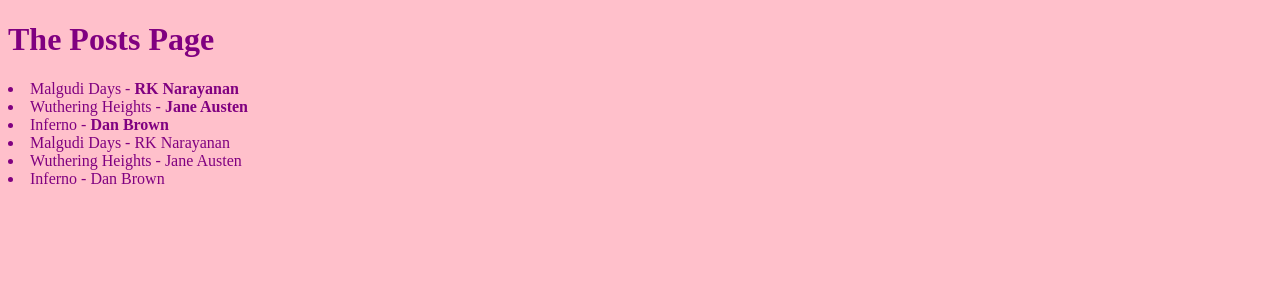
Repository: amulyakamshetty/WebDevelopment
Page: http://localhost/posts
The author's editor kept a record of every edit. The page is drawn from the files as they stood at one moment, then again after the next edit.
The browser window is 1280 px wide. The pictures show the whole page.
The page is served by the project's Node server (MoreExpress/EJSDemo/app.js).

Above is the page before.

### webdev/workspace/MoreExpress/EJSDemo/views/posts.ejs
<!DOCTYPE html>
<html>
    <head>
        <title> Demo App </title>
        <link rel="stylesheet" href="app.css">
    </head>
    <body>
        <h1>The Posts Page</h1>

<% for(i= 0 ; i < posts.length; i++){ %>
<li> <%= posts[i].title %> - <strong><%= posts[i].author %> </strong> </li>
<% } %>


<%  posts.forEach(function(post){ %>

<li><%= post.title %> - <%= post.author %></li>
<% }) %>

    </body>
</html>

### webdev/workspace/MoreExpress/EJSDemo/app.js
var express = require("express");
var app = express();

app.use(express.static("public"));
app.set("view engine", "ejs");

app.get("/", function(req, res){
    res.render("home");
});

app.get("/fallinlovewith/:thing", function(req,res){
    var thing = req.params.thing;
    res.render("love", {thingvar : thing});
});

app.get("/posts", function(req, res){
    var posts = [
        {title:"Malgudi Days", author:"RK Narayanan"},
        {title:"Wuthering Heights", author:"Jane Austen"},
        {title:"Inferno", author:"Dan Brown"}
        ];

    res.render("posts" , {posts : posts});
});


app.listen(process.env.PORT, process.env.IP, function(req,res){
    console.log("Server is listening");
})

### webdev/workspace/MoreExpress/EJSDemo/public/app.css
body{
    background : pink;
    color : purple;


}

### webdev/workspace/MoreExpress/EJSDemo/views/partials/header.ejs
<!DOCTYPE html>
<html>
    <head>
        <title> Demo App </title>
        <link rel="stylesheet" href="/app.css">
    </head>
    <body>

After the next edit:
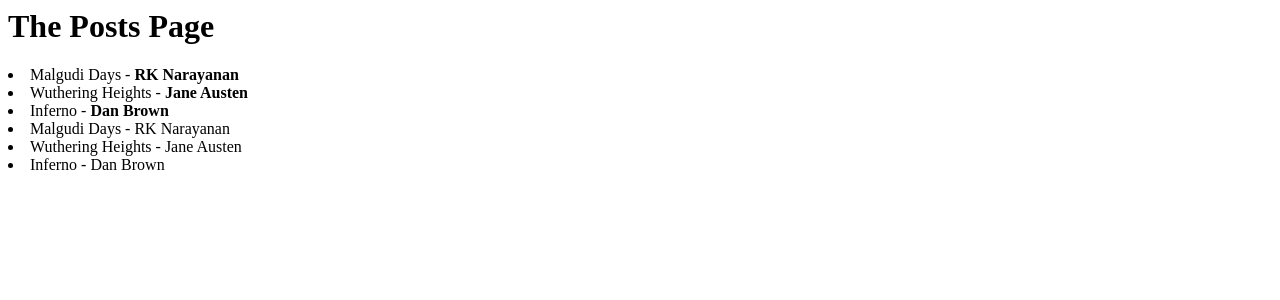
The edit:
--- a/webdev/workspace/MoreExpress/EJSDemo/views/posts.ejs
+++ b/webdev/workspace/MoreExpress/EJSDemo/views/posts.ejs
@@ -1,10 +1,4 @@
-<!DOCTYPE html>
-<html>
-    <head>
-        <title> Demo App </title>
-        <link rel="stylesheet" href="app.css">
-    </head>
-    <body>
+
         <h1>The Posts Page</h1>
 
 <% for(i= 0 ; i < posts.length; i++){ %>

After the 2 edits that followed:
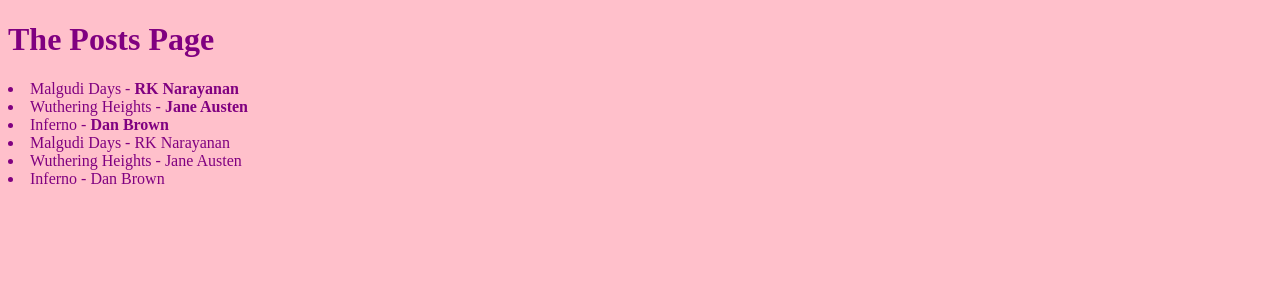
The 2 edits are shown as one change because 1 left the picture as it was.
The edit:
--- a/webdev/workspace/MoreExpress/EJSDemo/views/posts.ejs
+++ b/webdev/workspace/MoreExpress/EJSDemo/views/posts.ejs
@@ -1,4 +1,4 @@
-
+<% include partials/header %>
         <h1>The Posts Page</h1>
 
 <% for(i= 0 ; i < posts.length; i++){ %>
@@ -10,6 +10,3 @@
 
 <li><%= post.title %> - <%= post.author %></li>
 <% }) %>
-
-    </body>
-</html>
